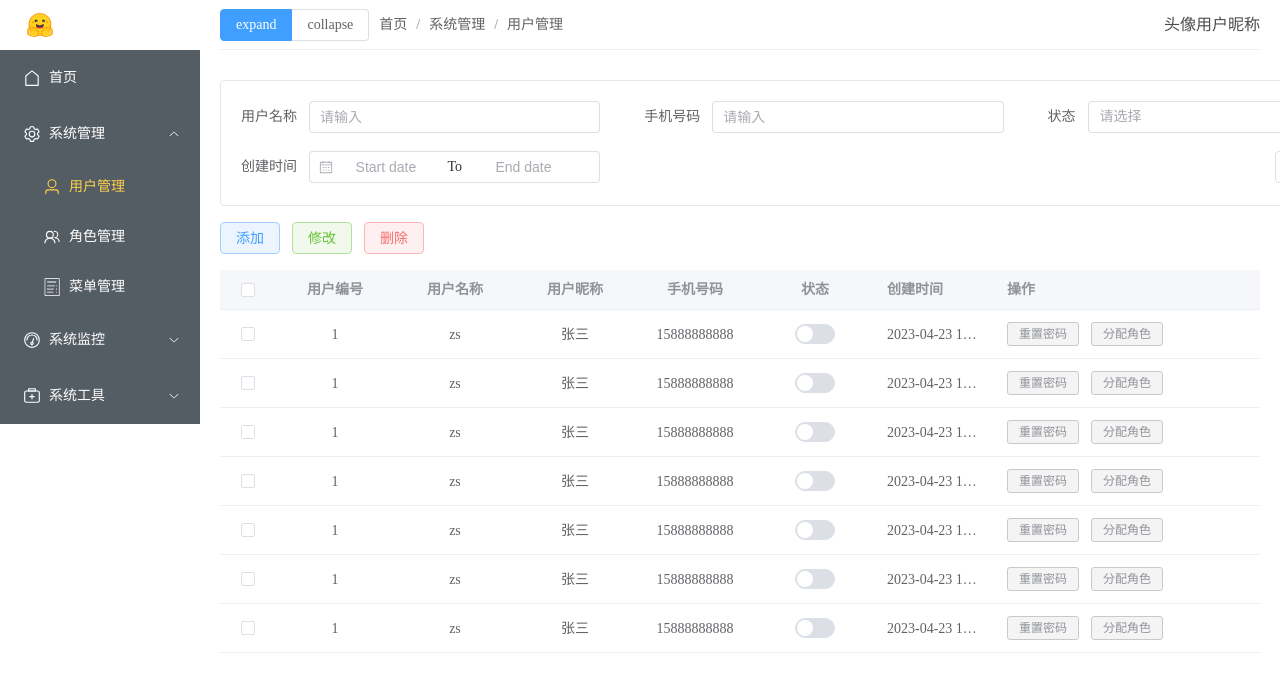
Repository: 202100202078/SignInBox
Page: /admin/system/user
An editor plug-in stored every save of this project. The page is shown before and after the next save, followed by the edit.
The browser window is 1280 px wide. The pictures show the whole page.
The project was rebuilt for these pictures with package versions that can differ from the ones it lists, and the page was loaded fresh each time. Also part of the build but not shown: vite.config.js, src/components/PageFooter.vue, src/components/TableLayout.vue, src/components/ToolTip.vue, src/assets/fonts/iconfont/iconfont.js, src/assets/style/variables.module.scss.

Above is the page before, as saved 2024-01-30 11:41:17.

After the next save:
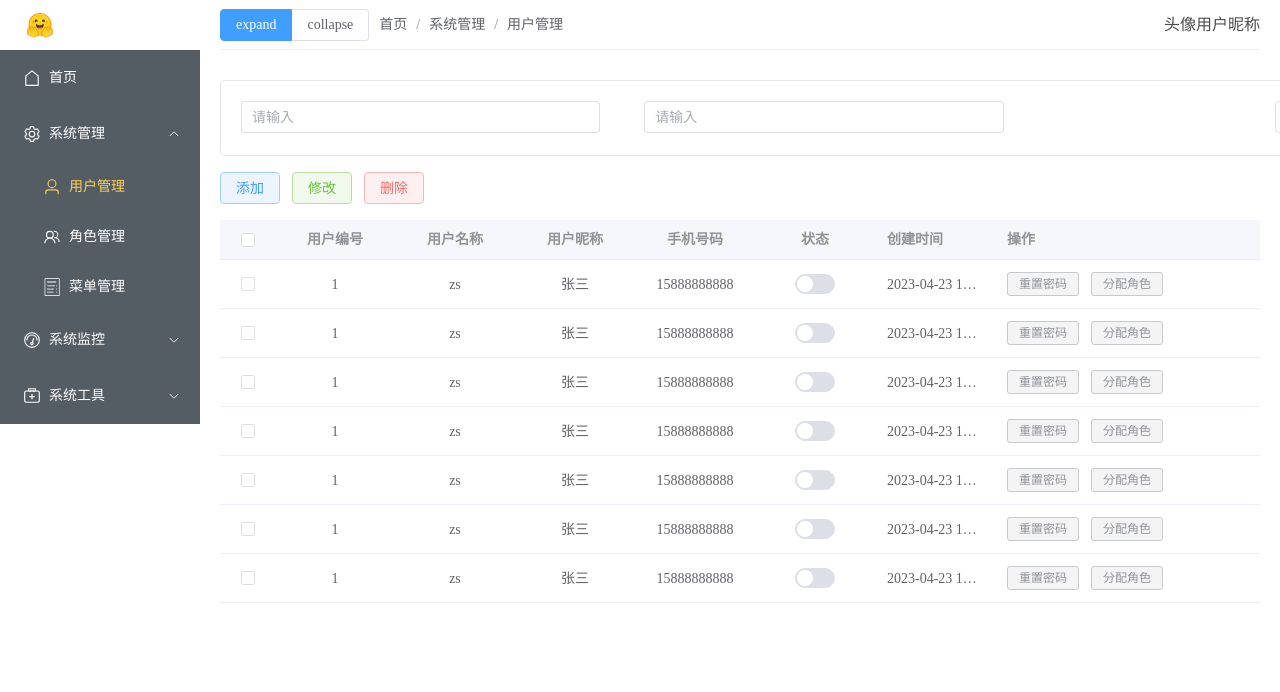
Saved 52 s later.
--- a/src/views/admin/system/UserManagement.vue
+++ b/src/views/admin/system/UserManagement.vue
@@ -1,5 +1,6 @@
 <script setup>
 import MyDialog from './components/MyDialog.vue'
+import FilterForm from './components/FilterForm.vue'
 import { ref } from 'vue'
 
 //筛选表单的显示隐藏
@@ -187,36 +188,9 @@ const rules = {}
     </template>
   </MyDialog>
   <div class="user-managemant-page">
-    <FilterLayout
-      label1="用户名称"
-      label2="手机号码"
-      :isShow="isShow"
-      :showCollapse="false"
-      @reset="handleReset"
-      @query="handleQuery"
-      @trigger="handleTrigger"
-    >
-      <el-form-item label="状态" v-show="isShow">
-        <el-select v-model="status" placeholder="请选择">
-          <el-option
-            v-for="item in statusOptions"
-            :key="item.value"
-            :label="item.label"
-            :value="item.value"
-          />
-        </el-select>
-      </el-form-item>
-      <el-form-item label="创建时间" v-show="isShow">
-        <el-date-picker
-          v-model="datePicker"
-          type="daterange"
-          range-separator="To"
-          start-placeholder="Start date"
-          end-placeholder="End date"
-          value-format="YYYY-MM-DD HH:mm:ss"
-        />
-      </el-form-item>
-    </FilterLayout>
+    <FilterForm>
+
+    </FilterForm>
     <div class="user-managemant-page-btns">
       <el-button plain type="primary" @click="addUserFn">添加</el-button>
       <el-button plain type="success" @click="editUserFn">修改</el-button>
